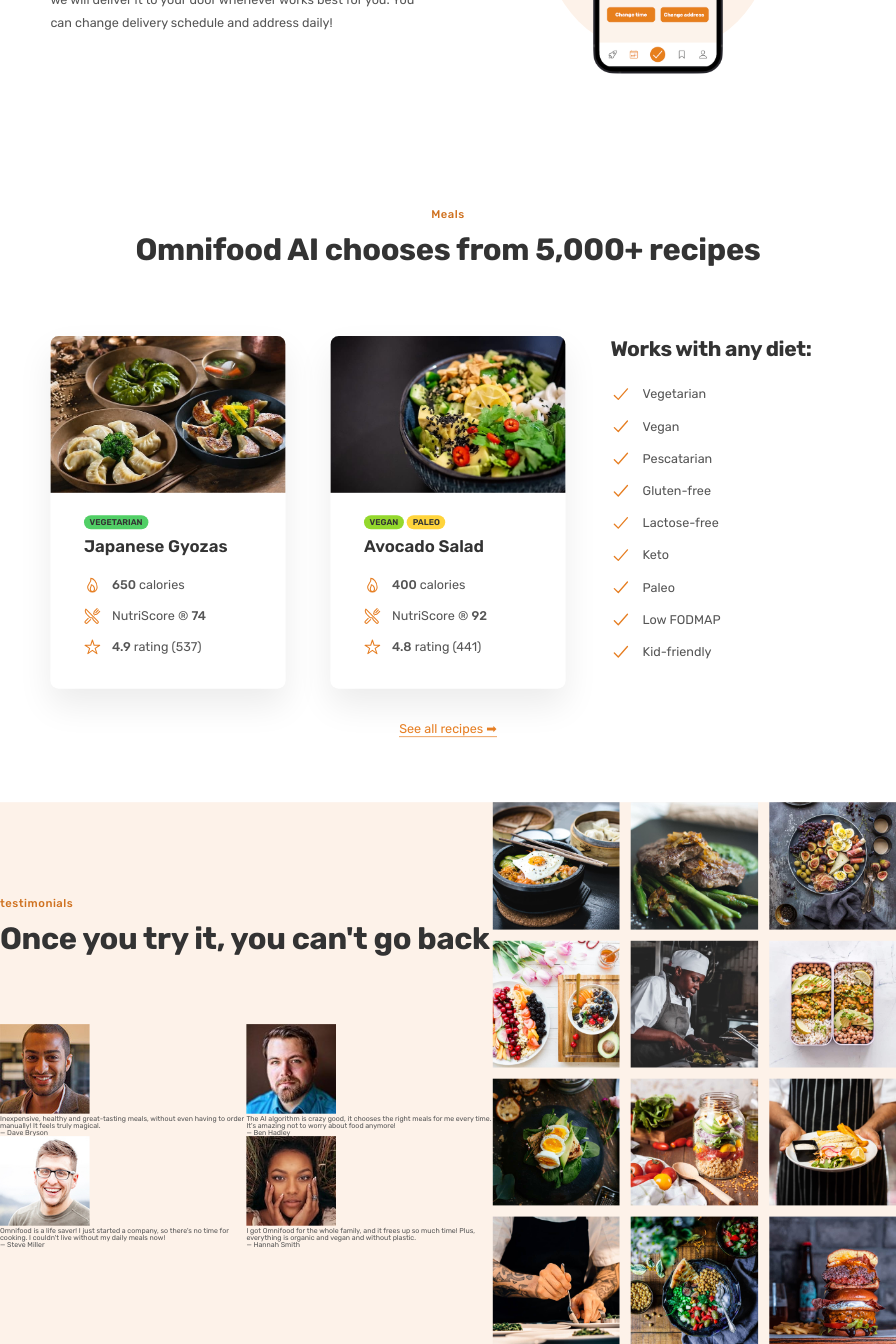
Repository: TranPhucThinh/Omnifood
Page: index.html
The author's editor kept a copy of each file at every save. The page is drawn from the files as they stood at one save, then again after the next save.
The browser window is 1280 px wide. The pictures show the part of the page from y = 2450 to 4370 px (the page is 4370 px tall), at 70% of full size.

Above is the page before, as saved 2022-08-06 21:43:51.

### index.html
<!DOCTYPE html>
<html lang="en">

<head>
    <meta charset="UTF-8">
    <meta http-equiv="X-UA-Compatible" content="IE=edge">
    <meta name="viewport" content="width=device-width, initial-scale=1.0">

    <link rel="preconnect" href="https://fonts.googleapis.com">
    <link rel="preconnect" href="https://fonts.gstatic.com" crossorigin>
    <link href="https://fonts.googleapis.com/css2?family=Rubik:wght@300;400;500;600;700;800;900&display=swap"
        rel="stylesheet">

    <link rel="stylesheet" href="./assets/styles/general.css">
    <link rel="stylesheet" href="./assets/styles/style.css">

    <title>Omnifood</title>
</head>

<body>
    <!-- SECTION HEADER -->
    <div class="header">
        <a href="#">
            <img src="./assets/imgs/omnifood-logo.png" alt="Omnifood logo" class="header-logo">
        </a>
        <nav class="main-nav">
            <ul class="main-nav-list">
                <li>
                    <a href="#" class="main-nav-link">How it works</a>
                </li>
                <li>
                    <a href="#" class="main-nav-link">Meals</a>
                </li>
                <li>
                    <a href="#" class="main-nav-link">Testimonials</a>
                </li>
                <li>
                    <a href="#" class="main-nav-link">Pricing</a>
                </li>
                <li>
                    <a href="#" class="main-nav-link nav-btn">Try for free</a>
                </li>
            </ul>
        </nav>
    </div>
    <!-- End of SECTION HEADER -->

    <!-- SECTION HERO -->
    <section class="section-hero">
        <div class="hero">
            <div class="hero-text-box">
                <h1 class="heading-primary">A healthy meal delivered to your door, every single day</h1>
                <p class="hero-desc margin-bottom-md">The smart 365-days-per-year food subscription that will make you
                    eat healthy again.
                    Tailored to your personal tastes and nutritional needs.</p>
                <a href="#" class="btn btn--full margin-right-sm">Start eating well</a>
                <a href="#" class="btn btn--outline">Learn more ⬇</a>
                <div class="delivered-meals">
                    <div class="delivered-imgs">
                        <img src="./assets/imgs/customers/customer-1.jpg" alt="customer 1">
                        <img src="./assets/imgs/customers/customer-2.jpg" alt="customer 2">
                        <img src="./assets/imgs/customers/customer-3.jpg" alt="customer 3">
                        <img src="./assets/imgs/customers/customer-4.jpg" alt="customer 4">
                        <img src="./assets/imgs/customers/customer-5.jpg" alt="customer 5">
                        <img src="./assets/imgs/customers/customer-6.jpg" alt="customer 6">
                    </div>
                    <p class="delivered-text">
                        <span>250,000+</span> meals delivered last year!
                    </p>
                </div>
            </div>
            <div class="hero-img-box">
                <img src="./assets/imgs/hero.png"
                    alt="woman enjoy food, meals in storage container, and food bowls on a table" class="hero-img">
            </div>
        </div>
    </section>
    <!-- End of SECTION HERO -->

    <!-- SECTION FEATURED -->
    <section class="section-featured">
        <div class="container">
            <h2 class="heading-feature-in">As featured in</h2>
            <div class="logos">
                <img src="./assets/imgs/logos/techcrunch.png" alt="Techcrunch logo">
                <img src="./assets/imgs/logos/business-insider.png" alt="business insider logo">
                <img src="./assets/imgs/logos/the-new-york-times.png" alt="The new york time logo">
                <img src="./assets/imgs/logos/forbes.png" alt="Forbes logo">
                <img src="./assets/imgs/logos/usa-today.png" alt="Usa today logo">
            </div>
        </div>
    </section>
    <!-- End of SECTION FEATURED -->

    <!-- SECTION HOW IT WORKS -->
    <section class="section-how">
        <div class="container">
            <p class="subheading">HOW IT WORKS</p>
            <h2 class="heading-secondary">Your daily dose of health in 3 simple steps</h2>
        </div>
        <div class="container grid grid--2-cols grid--center-vertical">
            <!-- STEP 1 -->
            <div class="step-text-box">
                <div class="step-number">01</div>
                <h3 class="heading-tertiary">Tell us what you like (and what not)</h3>
                <p class="step-desc">Never again waste time thinking about what to eat! Omnifood AI will create a 100%
                    personalized weekly meal plan just for you. It makes sure you get all the nutrients and vitamins you
                    need, no matter what diet you follow!</p>
            </div>
            <div class="step-img-box">
                <img src="./assets/imgs/app/app-screen-1.png" alt="iPhone app preferences selection screen"
                    class="step-img">
            </div>

            <!-- STEP 2 -->
            <div class="step-img-box">
                <img src="./assets/imgs/app/app-screen-2.png" alt="iPhone app
                meal approving plan screen" class="step-img">
            </div>
            <div class="step-text-box">
                <div class="step-number">02</div>
                <h3 class="heading-tertiary">Approve your weekly meal plan</h3>
                <p class="step-desc">Once per week, approve the meal plan generated for you by Omnifood AI. You can
                    change ingredients, swap entire meals, or even add your own recipes.</p>
            </div>

            <!-- STEP 3 -->
            <div class="step-text-box">
                <div class="step-number">03</div>
                <h3 class="heading-tertiary">Receive meals at convenient time</h3>
                <p class="step-desc">Best chefs in town will cook your selected meal every day, and we will deliver it
                    to your door whenever works best for you. You can change delivery schedule and address daily!</p>
            </div>
            <div class="step-img-box">
                <img src="./assets/imgs/app/app-screen-3.png" alt="iPhone app
                delivery screen" class="step-img">
            </div>
        </div>
    </section>
    <!-- End of SECTION HOW IT WORKS -->

    <!-- SECTION MEALS -->
    <section class="section-meals">
        <div class="container center-text">
            <p class="subheading">Meals</p>
            <h2 class="heading-secondary">Omnifood AI chooses from 5,000+ recipes</h2>
        </div>
        <div class="container grid grid--3-cols margin-bottom-md">
            <div class="meal">
                <img src="./assets/imgs/meals/meal-1.jpg" alt="Japanese Gyozas" class="meal-img">
                <div class="meal-content">
                    <div class="meal-tag">
                        <p class="tag tag--vegetarian">vegetarian</p>
                    </div>
                    <p class="meal-title">Japanese Gyozas</p>
                    <ul class="meal-attributes">
                        <li class="meal-attribute">
                            <ion-icon class="meal-icon" name="flame-outline"></ion-icon>
                            <span><strong>650</strong> calories</span>
                        </li>
                        <li class="meal-attribute">
                            <ion-icon class="meal-icon" name="restaurant-outline"></ion-icon>
                            <span>NutriScore ® <strong>74</strong></span>
                        </li>
                        <li class="meal-attribute">
                            <ion-icon class="meal-icon" name="star-outline"></ion-icon>
                            <span><strong>4.9</strong> rating (537)</span>
                        </li>
                    </ul>
                </div>
            </div>
            <div class="meal">
                <img src="./assets/imgs/meals/meal-2.jpg" alt="Avocado Salad" class="meal-img">
                <div class="meal-content">
                    <div class="meal-tag">
                        <p class="tag tag--vegan">vegan</p>
                        <p class="tag tag---paleo">paleo</p>
                    </div>
                    <p class="meal-title">Avocado Salad</p>
                    <ul class="meal-attributes">
                        <li class="meal-attribute">
                            <ion-icon class="meal-icon" name="flame-outline"></ion-icon>
                            <span><strong>400</strong> calories</span>
                        </li>
                        <li class="meal-attribute">
                            <ion-icon class="meal-icon" name="restaurant-outline"></ion-icon>
                            <span>NutriScore ® <strong>92</strong></span>
                        </li>
                        <li class="meal-attribute">
                            <ion-icon class="meal-icon" name="star-outline"></ion-icon>
                            <span><strong>4.8</strong> rating (441)</span>
                        </li>
                    </ul>
                </div>
            </div>
            <div class="diet">
                <h3 class="heading-tertiary">Works with any diet:</h3>
                <ul class="list">
                    <li class="list-item">
                        <ion-icon class="list-icon" name="checkmark-outline"></ion-icon>
                        <span>Vegetarian</span>
                    </li>
                    <li class="list-item">
                        <ion-icon class="list-icon" name="checkmark-outline"></ion-icon>
                        <span>Vegan</span>
                    </li>
                    <li class="list-item">
                        <ion-icon class="list-icon" name="checkmark-outline"></ion-icon>
                        <span>Pescatarian</span>
                    </li>
                    <li class="list-item">
                        <ion-icon class="list-icon" name="checkmark-outline"></ion-icon>
                        <span>Gluten-free</span>
                    </li>
                    <li class="list-item">
                        <ion-icon class="list-icon" name="checkmark-outline"></ion-icon>
                        <span>Lactose-free</span>
                    </li>
                    <li class="list-item">
                        <ion-icon class="list-icon" name="checkmark-outline"></ion-icon>
                        <span>Keto</span>
                    </li>
                    <li class="list-item">
                        <ion-icon class="list-icon" name="checkmark-outline"></ion-icon>
                        <span>Paleo</span>
                    </li>
                    <li class="list-item">
                        <ion-icon class="list-icon" name="checkmark-outline"></ion-icon>
                        <span>Low FODMAP</span>
                    </li>
                    <li class="list-item">
                        <ion-icon class="list-icon" name="checkmark-outline"></ion-icon>
                        <span>Kid-friendly</span>
                    </li>
                </ul>
            </div>
        </div>
        <div class="container all-recipes center-text">
            <a href="#" class="link">See all recipes ➡</a>
        </div>
    </section>
    <!-- End of SECTION MEALS -->

    <!-- SECTION TESTIMONIALS -->
    <div class="section-testimonials">
        <div class="testimonials-container">
            <div class="subheading">testimonials</div>
            <div class="heading-secondary">Once you try it, you can't go back</div>
            <div class="testimonials">
                <div class="testimonial">
                    <img src="./assets/imgs/customers/dave.jpg" alt="Photo of customer Dave Bryson"
                        class="testimonial-img">
                    <blockquote class="testimonial-text">Inexpensive, healthy and great-tasting meals, without even
                        having to order manually! It feels truly magical.</blockquote>
                    <p class="testimonial-name">— Dave Bryson</p>
                </div>
                <div class="testimonial">
                    <img src="./assets/imgs/customers/ben.jpg" alt="Photo of customer Ben Hadley"
                        class="testimonial-img">
                    <blockquote class="testimonial-text">The AI algorithm is crazy good, it chooses the right meals for
                        me every time. It's amazing not to worry about food anymore!</blockquote>
                    <p class="testimonial-name">— Ben Hadley</p>
                </div>
                <div class="testimonial">
                    <img src="./assets/imgs/customers/steve.jpg" alt="Photo of customer Steve Miller"
                        class="testimonial-img">
                    <blockquote class="testimonial-text">Omnifood is a life saver! I just started a company, so there's
                        no time for cooking. I couldn't live without my daily meals now!</blockquote>
                    <p class="testimonial-name">— Steve Miller</p>
                </div>
                <div class="testimonial">
                    <img src="./assets/imgs/customers/hannah.jpg" alt="Photo of customer Hannah Smith"
                        class="testimonial-img">
                    <blockquote class="testimonial-text">I got Omnifood for the whole family, and it frees up so much
                        time! Plus, everything is organic and vegan and without plastic.</blockquote>
                    <p class="testimonial-name">— Hannah Smith</p>
                </div>
            </div>
        </div>
        <div class="gallery">
            <img src="./assets/imgs/gallery/gallery-1.jpg" alt="Photo of beautifully arranged food"
                class="gallery-item">
            <img src="./assets/imgs/gallery/gallery-2.jpg" alt="Photo of beautifully arranged food"
                class="gallery-item">
            <img src="./assets/imgs/gallery/gallery-3.jpg" alt="Photo of beautifully arranged food"
                class="gallery-item">
            <img src="./assets/imgs/gallery/gallery-4.jpg" alt="Photo of beautifully arranged food"
                class="gallery-item">
            <img src="./assets/imgs/gallery/gallery-5.jpg" alt="Photo of beautifully arranged food"
                class="gallery-item">
            <img src="./assets/imgs/gallery/gallery-6.jpg" alt="Photo of beautifully arranged food"
                class="gallery-item">
            <img src="./assets/imgs/gallery/gallery-7.jpg" alt="Photo of beautifully arranged food"
                class="gallery-item">
            <img src="./assets/imgs/gallery/gallery-8.jpg" alt="Photo of beautifully arranged food"
                class="gallery-item">
            <img src="./assets/imgs/gallery/gallery-9.jpg" alt="Photo of beautifully arranged food"
                class="gallery-item">
            <img src="./assets/imgs/gallery/gallery-10.jpg" alt="Photo of beautifully arranged food"
                class="gallery-item">
            <img src="./assets/imgs/gallery/gallery-11.jpg" alt="Photo of beautifully arranged food"
                class="gallery-item">
            <img src="./assets/imgs/gallery/gallery-12.jpg" alt="Photo of beautifully arranged food"
                class="gallery-item">
        </div>
    </div>
    <!-- End of SECTION TESTIMONIALS -->

    <script type="module" src="https://unpkg.com/ionicons@5.5.2/dist/ionicons/ionicons.esm.js"></script>
    <script nomodule src="https://unpkg.com/ionicons@5.5.2/dist/ionicons/ionicons.js"></script>
</body>

</html>

### assets/styles/general.css
* {
  margin: 0;
  padding: 0;
  box-sizing: border-box;
}

html {
  font-size: 62.5%;
}

body {
  font-family: 'Rubik', sans-serif;
  line-height: 1;
  font-weight: 400;
  color: #555;
}

/* GENERAL REUSABLE COMPONENTS */
.container {
  max-width: 120rem;
  padding: 0 3.2rem;
  margin: 0 auto;
}

.grid {
  display: grid;
  row-gap: 9.6rem;
  column-gap: 6.4rem;
}

.grid--2-cols {
  grid-template-columns: repeat(2, 1fr);
}

.grid--3-cols {
  grid-template-columns: repeat(3, 1fr);
}

.grid--4-cols {
  grid-template-columns: repeat(4, 1fr);
}

.grid--center-vertical {
  align-items: center;
}

.heading-primary,
.heading-secondary,
.heading-tertiary {
  letter-spacing: -0.5px;
  color: #333;
  font-weight: 700;
}

.heading-primary {
  line-height: 1.05;
  font-size: 5.2rem;
  margin-bottom: 3.2rem;
}

.heading-secondary {
  font-size: 4.4rem;
  line-height: 1.2;
  margin-bottom: 9.6rem;
}

.heading-tertiary {
  font-size: 3rem;
  line-height: 1.2;
  margin-bottom: 3.2rem;
}

.subheading {
  font-size: 1.6rem;
  color: #cf711f;
  margin-bottom: 1.6rem;
  font-weight: 500;
  letter-spacing: 0.75px;
}

.hero-text-box .btn:link,
.hero-text-box .btn:visited {
  text-decoration: none;
  font-size: 2rem;
  font-weight: 600;
  display: inline-block;
  border-radius: 8px;
  padding: 1.6rem 3.2rem;
  transition: all 0.3s;
}

.hero-text-box .btn--full:link,
.hero-text-box .btn--full:visited {
  color: #fff;
  background-color: #e67e22;
}

.hero-text-box .btn--full:hover,
.hero-text-box .btn--full:active {
  background-color: #cf711f;
}

.hero-text-box .btn--outline:link,
.hero-text-box .btn--outline:visited {
  color: #555;
  background-color: #fff;
  border: -4px solid #fff;
}

.hero-text-box .btn--outline:hover,
.hero-text-box .btn--outline:active {
  background-color: #fdf2e9;
}

.step-img-box::before,
.step-img-box::after {
  content: '';
  display: block;
  position: absolute;
  top: 50%;
  left: 50%;
  transform: translate(-50%, -50%);
  border-radius: 50%;
}

.center-text {
  text-align: center;
}

.margin-right-sm {
  margin-right: 1.6rem !important;
}

.margin-bottom-md {
  margin-bottom: 4.8rem !important;
}
/* END of GENERAL REUSABLE COMPONENTS */

### assets/styles/style.css
/* Section Header */
.header {
  display: flex;
  justify-content: space-between;
  height: 9.6rem;
  align-items: center;
  padding: 0 4.8rem;
  background-color: #fdf2e9;
}

.header-logo {
  height: 2.2rem;
}

.main-nav-list {
  display: flex;
  list-style-type: none;
  gap: 3.2rem;
}

.main-nav-link:link,
.main-nav-link:visited {
  text-decoration: none;
  font-size: 1.8rem;
  color: #333;
  font-weight: 500;
  transition: all 0.3s;
}

.main-nav-link:hover,
.main-nav-link:active {
  color: #cf711f;
}

.main-nav-link.nav-btn:link,
.main-nav-link.nav-btn:visited {
  padding: 1.2rem 2.4rem;
  border-radius: 9px;
  background-color: #e67e22;
  color: #fff;
}

.main-nav-link.nav-btn:hover,
.main-nav-link.nav-btn:active {
  color: #fff;
  background-color: #cf711f;
}
/* End of Section Header */

/* Section Hero */
.section-hero {
  background-color: #fdf2e9;
  padding: 4.8rem 0 9.6rem;
}

.hero {
  max-width: 130rem;
  margin: 0 auto;
  display: grid;
  grid-template-columns: 1fr 1fr;
  gap: 9.6rem;
  padding: 0 3.2rem;
  align-items: center;
}

.hero-text-box .hero-desc {
  font-size: 2rem;
  color: #555;
  line-height: 1.6;
  /* margin-bottom: 4.8rem; */
}

.hero-img-box .hero-img {
  width: 100%;
}

.delivered-meals {
  margin-top: 8rem;
  display: flex;
  align-items: center;
  gap: 1.6rem;
}

.delivered-imgs {
  display: flex;
}

.delivered-imgs img {
  width: 4.8rem;
  height: 4.8rem;
  border-radius: 50%;
  border: 3px solid #fff;
  margin-right: -1.6rem;
}

.delivered-imgs img:last-child {
  margin-right: 0;
}

.delivered-text {
  font-size: 1.8rem;
  font-weight: 600;
}

.delivered-text span {
  font-weight: 700;
  color: #cf711f;
}
/* End of Section Hero */

/* Section featured */
.section-featured {
  padding: 4.8rem 0 3.2rem;
}
.logos {
  display: flex;
  justify-content: space-around;
}

.heading-feature-in {
  font-size: 1.4rem;
  text-transform: uppercase;
  letter-spacing: 0.75px;
  font-weight: 500;
  color: #888;
  text-align: center;
  margin-bottom: 2.4rem;
}

.section-featured img {
  height: 3.2rem;
  filter: brightness(0%);
  opacity: 0.5;
}
/* End of Section featured */

/* Section how it works */
.section-how {
  padding: 9.6rem 0;
}
.step-number {
  font-size: 8.6rem;
  color: #ddd;
  font-weight: 600;
  margin-bottom: 1.2rem;
}

.step-desc {
  font-size: 1.8rem;
  color: #555;
  line-height: 1.8;
}

.step-img-box {
  text-align: center;
  position: relative;
}

.step-img-box::before {
  width: 60%;
  padding-bottom: 60%;

  background-color: #fdf2e9;
  z-index: -2;
}

.step-img-box::after {
  width: 45%;
  padding-bottom: 45%;
  background-color: #fae5d3;
  z-index: -1;
}

.step-img {
  width: 35%;
}
/* End of Section how it works */

/* Section meals */
.section-meals {
  padding: 9.6rem 0;
}
.meal {
  border-radius: 12px;
  overflow: hidden;
  box-shadow: 0 2.4rem 4.8rem rgb(0 0 0 / 8%);
  transition: all 0.4s;
}

.meal:hover {
  transform: translateY(-1.2rem);
}

.meal-img {
  width: 100%;
  display: block;
}

.meal-content {
  padding: 3.2rem 4.8rem 4.8rem;
}

.meal-tag {
  margin-bottom: 1.2rem;
}

.tag {
  display: inline-block;
  font-size: 1.2rem;
  text-transform: uppercase;
  color: #333;
  font-weight: 600;
  padding: 4px 8px;
  border-radius: 12px;
}

.tag--vegetarian {
  background-color: #51cf66;
}

.tag--vegan {
  background-color: #94d82d;
  margin-right: 2px;
}

.tag---paleo {
  background-color: #ffd43b;
}

.meal-title {
  font-size: 2.4rem;
  color: #333;
  font-weight: 600;
  margin-bottom: 3.2rem;
}

.meal-attributes {
  list-style-type: none;
  display: flex;
  flex-direction: column;
  justify-content: space-between;
  gap: 2rem;
}

.meal-attribute {
  font-size: 1.8rem;
  display: flex;
  gap: 1.6rem;
  align-items: center;
}

.meal-attribute strong {
  font-weight: 500;
}

.meal-attribute .meal-icon {
  width: 2.4rem;
  height: 2.4rem;
  color: #e67e22;
}

.list {
  list-style-type: none;
  display: flex;
  flex-direction: column;
  gap: 1.6rem;
}

.list-item {
  display: flex;
  gap: 1.6rem;
  align-items: center;
  font-size: 1.8rem;
}

.list-icon {
  width: 3rem;
  height: 3rem;
  color: #e67e22;
}

.link:link,
.link:visited {
  font-size: 1.8rem;
  border-bottom: 1px solid #e67e22;
  color: #e67e22;
  text-decoration: none;
  transition: all 0.3s;
}

.link:hover,
.link:active {
  color: #cf711f;
  border-bottom: 1px solid transparent;
}
/* End of Section meals */

/* Section Testimonials */
.section-testimonials {
  display: grid;
  grid-template-columns: 55fr 45fr;
  background-color: #fdf2e9;
  align-items: center;
}

.testimonials {
  display: grid;
  grid-template-columns: repeat(2, 1fr);
}

.gallery {
  display: grid;
  grid-template-columns: repeat(3, 1fr);
  gap: 1.6rem;
}

.gallery-item {
  width: 100%;
}
/* End of Section Testimonials */

After the next save:
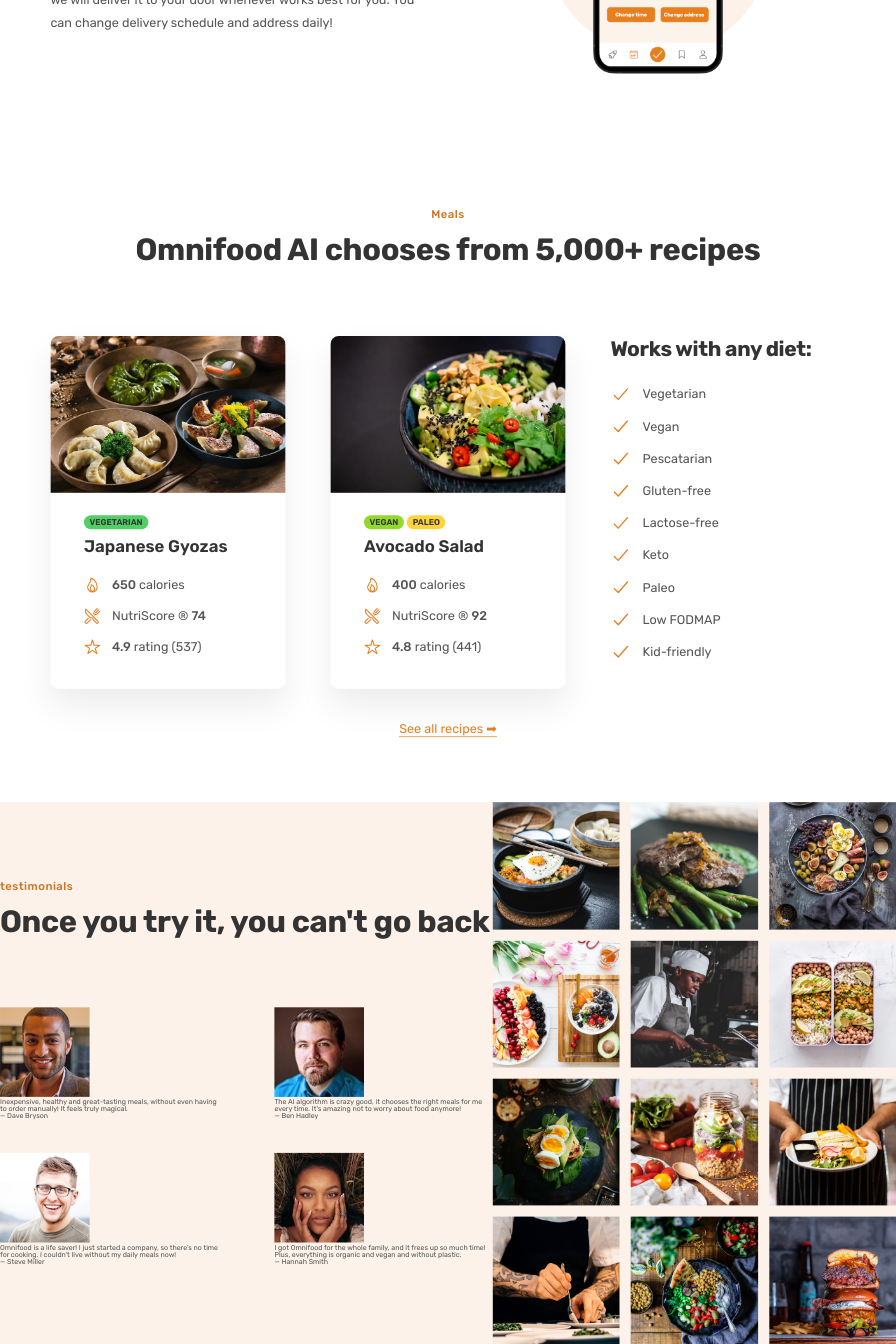
Saved 33 s later.
--- a/assets/styles/style.css
+++ b/assets/styles/style.css
@@ -306,6 +306,8 @@
 .testimonials {
   display: grid;
   grid-template-columns: repeat(2, 1fr);
+  row-gap: 4.8rem;
+  column-gap: 8rem;
 }
 
 .gallery {
